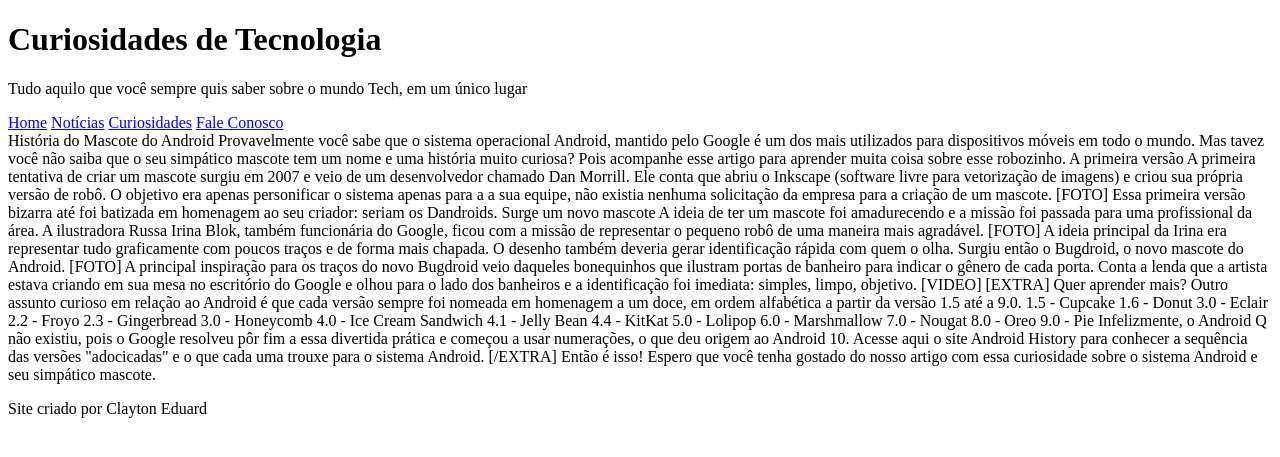
Repository: ClaytonEduard/cursoemvideo
Page: html-css/desafios/d010/android.html
These files come from the project's save history. The page is drawn as it stood at one moment and after a run of saves; the edit follows.
The browser window is 1280 px wide. The pictures show the whole page.

Above is the page before, as saved 2022-12-02 09:03:59.

### html-css/desafios/d010/android.html
<!DOCTYPE html>
<html lang="pt-br">

<head>
    <meta charset="UTF-8">
    <meta http-equiv="X-UA-Compatible" content="IE=edge">
    <meta name="viewport" content="width=device-width, initial-scale=1.0">
    <title>Como surgiu o mascote do Android?</title>
    <link rel="shortcut icon" href="imagens/favicon.ico" type="image/x-icon">
    <link rel="stylesheet" href="estilo/style.css">
</head>

<body>
    <header>
        <h1>Curiosidades de Tecnologia</h1>
        <p>Tudo aquilo que você sempre quis saber sobre o mundo Tech, em um único lugar</p>
    </header>
    <nav>
        <a href="#">Home</a>
        <a href="#">Notícias</a>
        <a href="#">Curiosidades</a>
        <a href="#">Fale Conosco</a>
    </nav>
    <main>
        <article>
            História do Mascote do Android

            Provavelmente você sabe que o sistema operacional Android, mantido pelo Google é um dos mais utilizados para
            dispositivos móveis em todo o mundo. Mas tavez você não saiba que o seu simpático mascote tem um nome e uma
            história muito curiosa? Pois acompanhe esse artigo para aprender muita coisa sobre esse robozinho.

            A primeira versão

            A primeira tentativa de criar um mascote surgiu em 2007 e veio de um desenvolvedor chamado Dan Morrill. Ele
            conta que abriu o Inkscape (software livre para vetorização de imagens) e criou sua própria versão de robô.
            O objetivo era apenas personificar o sistema apenas para a a sua equipe, não existia nenhuma solicitação da
            empresa para a criação de um mascote.

            [FOTO]

            Essa primeira versão bizarra até foi batizada em homenagem ao seu criador: seriam os Dandroids.

            Surge um novo mascote

            A ideia de ter um mascote foi amadurecendo e a missão foi passada para uma profissional da área. A
            ilustradora Russa Irina Blok, também funcionária do Google, ficou com a missão de representar o pequeno robô
            de uma maneira mais agradável.

            [FOTO]

            A ideia principal da Irina era representar tudo graficamente com poucos traços e de forma mais chapada. O
            desenho também deveria gerar identificação rápida com quem o olha. Surgiu então o Bugdroid, o novo mascote
            do Android.

            [FOTO]

            A principal inspiração para os traços do novo Bugdroid veio daqueles bonequinhos que ilustram portas de
            banheiro para indicar o gênero de cada porta. Conta a lenda que a artista estava criando em sua mesa no
            escritório do Google e olhou para o lado dos banheiros e a identificação foi imediata: simples, limpo,
            objetivo.

            [VIDEO]

            [EXTRA] Quer aprender mais?

            Outro assunto curioso em relação ao Android é que cada versão sempre foi nomeada em homenagem a um doce, em
            ordem alfabética a partir da versão 1.5 até a 9.0.

            1.5 - Cupcake
            1.6 - Donut
            3.0 - Eclair
            2.2 - Froyo
            2.3 - Gingerbread
            3.0 - Honeycomb
            4.0 - Ice Cream Sandwich
            4.1 - Jelly Bean
            4.4 - KitKat
            5.0 - Lolipop
            6.0 - Marshmallow
            7.0 - Nougat
            8.0 - Oreo
            9.0 - Pie

            Infelizmente, o Android Q não existiu, pois o Google resolveu pôr fim a essa divertida prática e começou a
            usar numerações, o que deu origem ao Android 10.

            Acesse aqui o site Android History para conhecer a sequência das versões "adocicadas" e o que cada uma
            trouxe para o sistema Android.
            [/EXTRA]

            Então é isso! Espero que você tenha gostado do nosso artigo com essa curiosidade sobre o sistema Android e
            seu simpático mascote.
        </article>
    </main>
    <footer>
        <p>Site criado por Clayton Eduard</p>
    </footer>
</body>

</html>

### html-css/desafios/d010/estilo/style.css
@charset "UTF-8";

body{

}

After the next 6 saves:
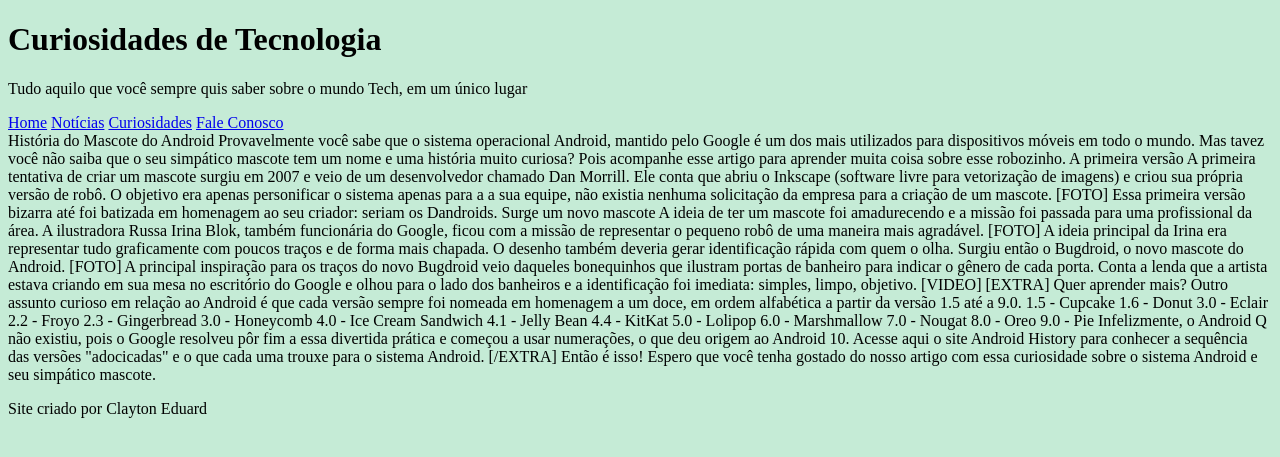
The 6 saves are shown as one change because they came seconds apart.
The last was saved 18 s later.
--- a/html-css/desafios/d010/estilo/style.css
+++ b/html-css/desafios/d010/estilo/style.css
@@ -1,5 +1,5 @@
 @charset "UTF-8";
 
 body{
-
+    background-color: #c5ebd6;
 }
